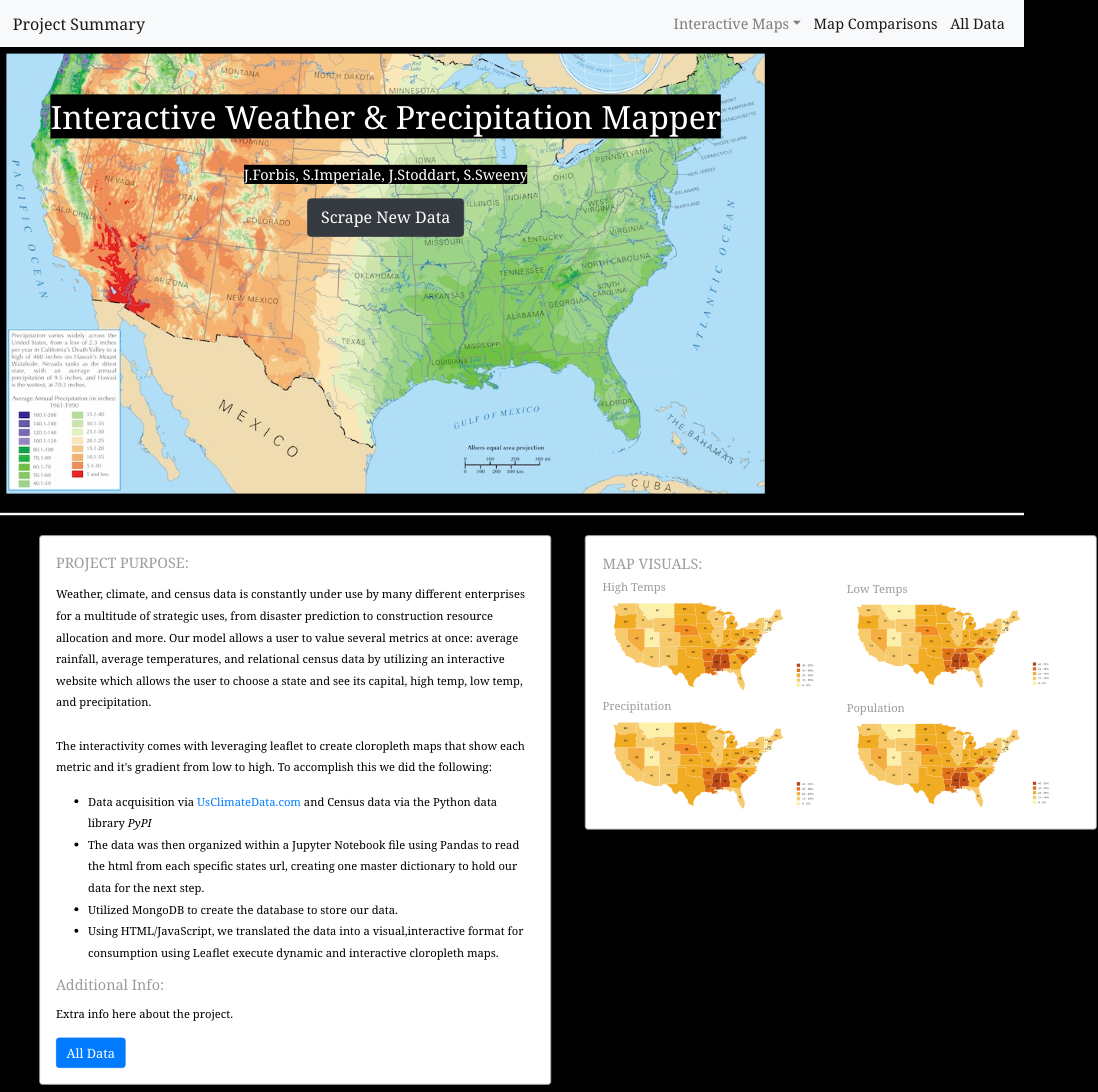
Repository: jforbis/project3-weathermap
Page: index.html
An editor plug-in stored every save of this project. The page is shown before and after the next save, followed by the edit.
The browser window is 1280 px wide. The page is 1372 px wide, so the pictures cover 1372 px, including what lies to the right of the window. The pictures show the whole page, at 80% of full size.
Backgrounds fixed to the window are drawn as part of the page.

Above is the page before, as saved 2021-03-09 23:12:14.

After the next save:
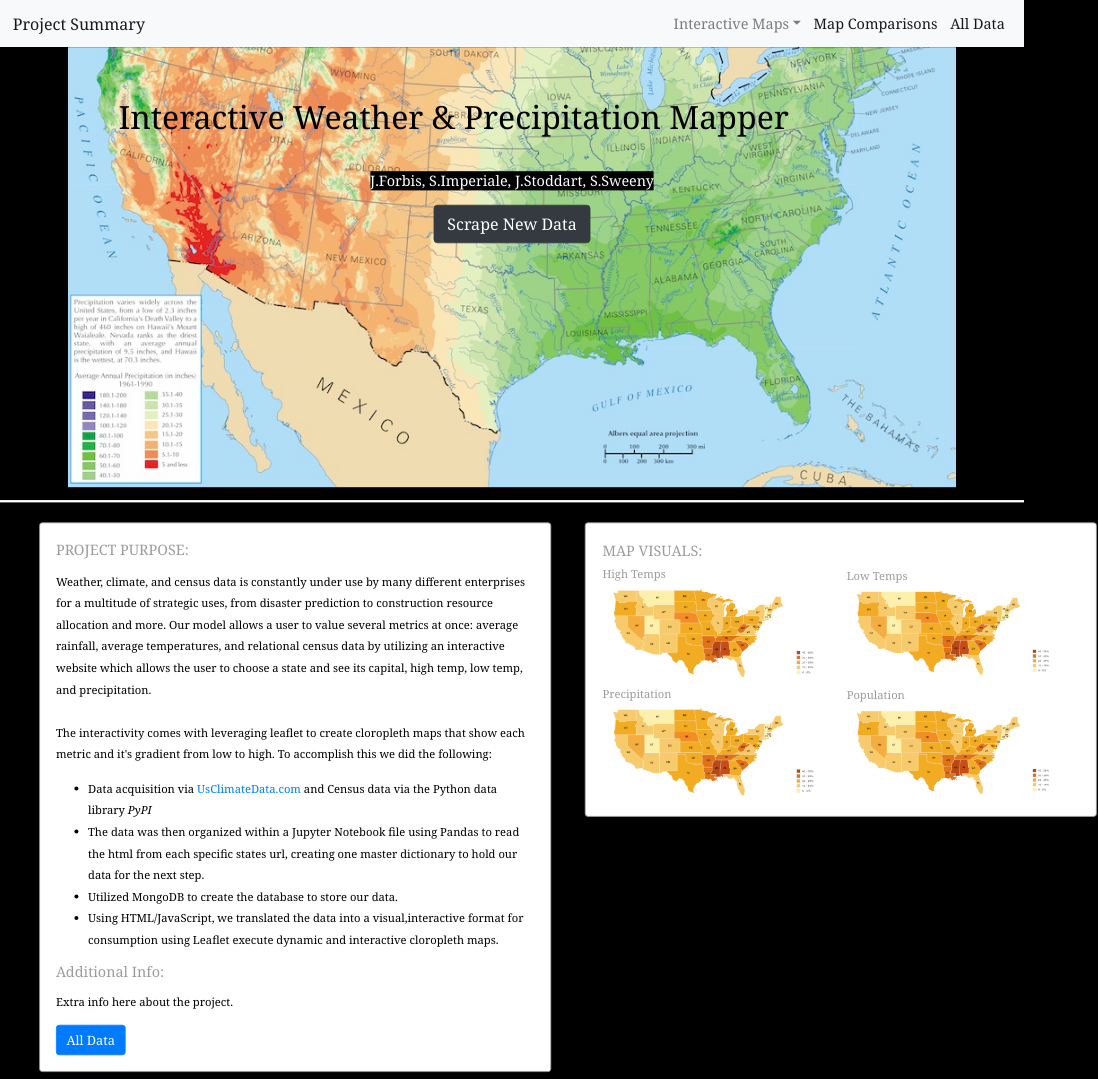
Saved 44 s later.
--- a/index.html
+++ b/index.html
@@ -41,9 +41,9 @@
     </div>
 </nav>
 <!-- First div is a container for the title and scraper button -->
-<div class="d-flex p-2">
+<div class="container">
     <div class="hero text-center">
-        <h1><span class="title">Interactive Weather & Precipitation Mapper</span></h1>
+        <h1><span class="d-flex p-2">Interactive Weather & Precipitation Mapper</span></h1>
         <p><span style="background-color: #000000">J.Forbis, S.Imperiale, J.Stoddart, S.Sweeny</span></p>
         <p><a class="btn btn-dark btn-lg" href="/scrape" role="button">Scrape New Data</a></p>
     </div>
